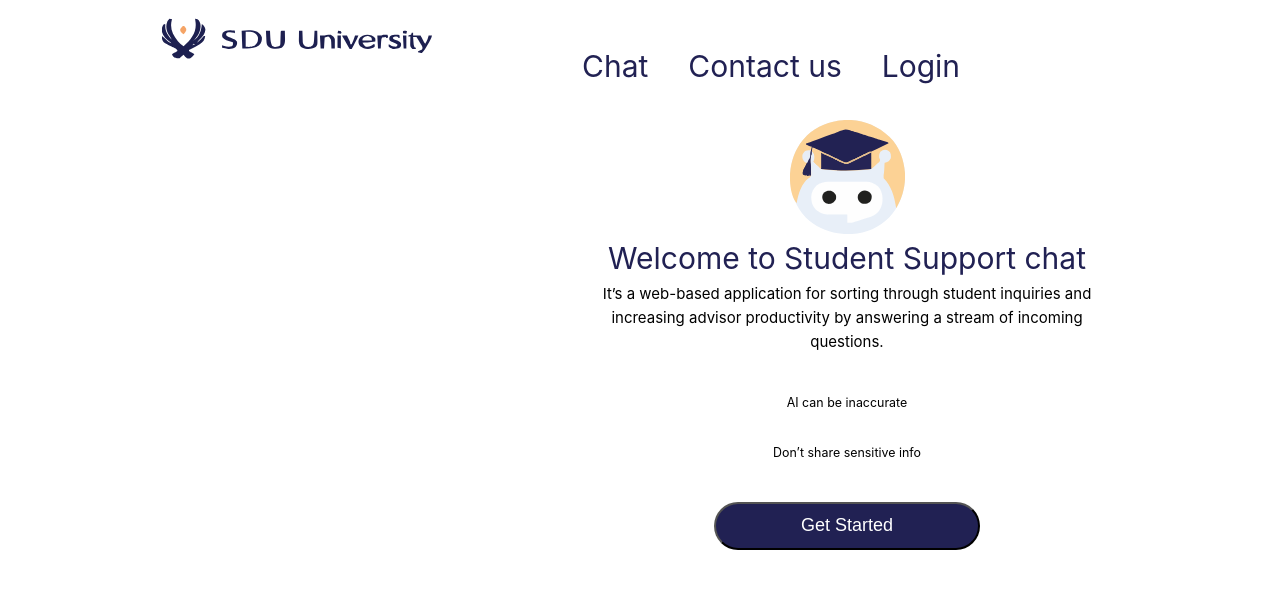
Repository: tolepbekova/Community_v.l
Page: /home
The author's editor kept a copy of each file at every save. The page is drawn from the files as they stood at one save, then again after the next save.
The browser window is 1280 px wide. The pictures show the whole page.
The project was rebuilt for these pictures with package versions that can differ from the ones it lists, and the page was loaded fresh each time. Also part of the build but not shown: vite.config.js, src/components/HelloWorld.vue, src/views/Login.vue. Imported but missing from the stored project, and not drawn on this page: src/views/Change.vue.

Above is the page before, as saved 2024-05-10 09:07:04.

After the next save:
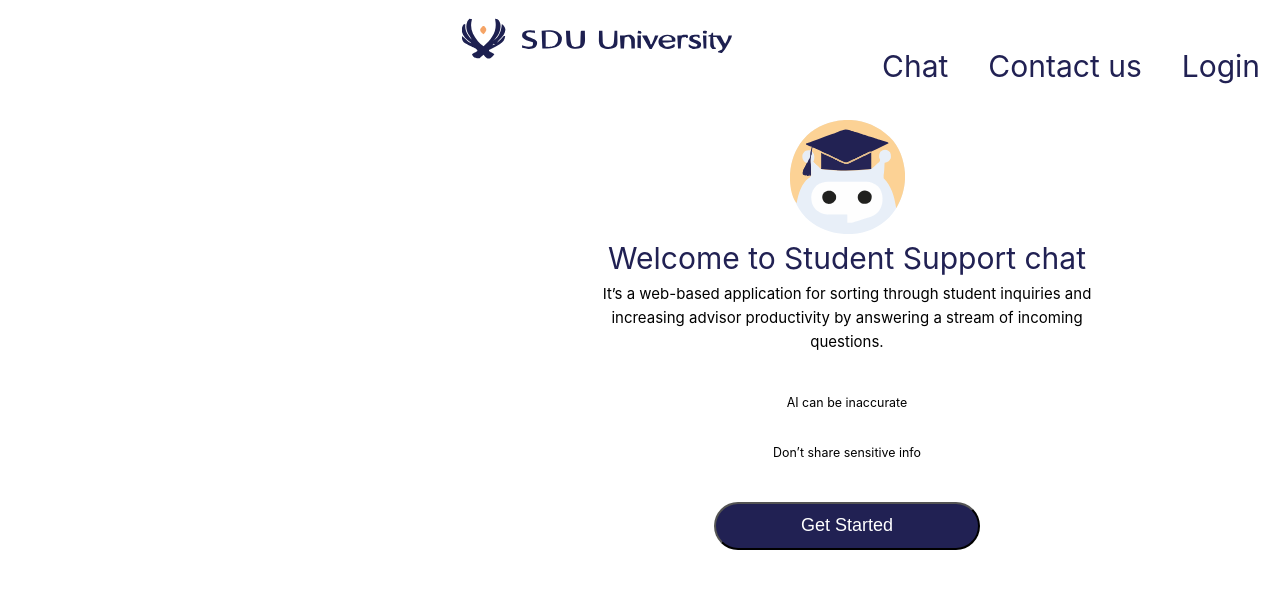
Saved 5 min 10 s later.
--- a/src/views/About.vue
+++ b/src/views/About.vue
@@ -85,7 +85,7 @@ h1 {
 .logo {
     width: 270px;
     height: 77px;
-    margin-left: 130px ;
+    margin-left: 430px ;
 }
 
 #navbar {
